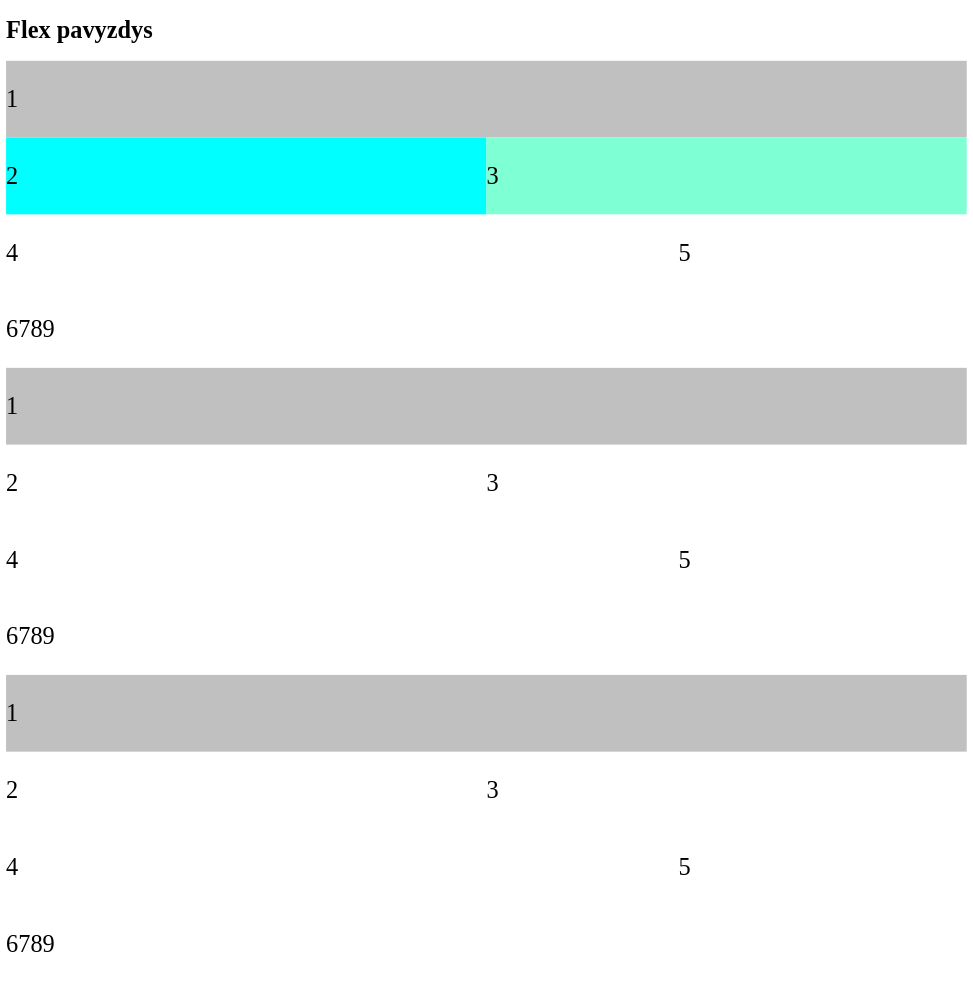
Repository: motiejus1/06-paskaita-invest
Page: index.html
These files come from the project's save history. The page is drawn as it stood at one moment and after the next save; the edit follows.
The browser window is 1280 px wide. The pictures show the whole page, at 76% of full size.

Above is the page before, as saved 2021-06-09 18:40:49.

### index.html
<!DOCTYPE html>
<html lang="en">
<head>
    <meta charset="UTF-8">
    <meta http-equiv="X-UA-Compatible" content="IE=edge">
    <meta name="viewport" content="width=device-width, initial-scale=1.0">
    <title>Sesta paskaita</title>
    <style>
        .flex-container {
            display: flex;
            flex-direction:row;
            flex-wrap: wrap;
        }

        .flex-item-1 {
            width: 100%;
            background-color: silver;
        }

        .flex-item-2, .flex-item-3 {
            width: 50%;
        }

        .flex-item-4 {
            width: 70%;
        }

        .flex-item-5 {
            width: 30%;
        }

        .flex-item-6, .flex-item-7, .flex-item-8 {
            width:
        }


        .zydra {
            background-color:aqua;
        }

        .zalsva {
            background-color: aquamarine;
        }

        .rozine {
            background-color: pink;
        }

        p {
            font-size: 32px;
        }
    </style>
</head>
<body>
    <div class="container">
        <h1>Flex pavyzdys</h1>
        <div class="flex-container">
            <div class="flex-item-1"><p>1</p></div>
            <div class="flex-item-2 zydra"><p>2</p></div>
            <div class="flex-item-3 zalsva"><p>3</p></div>
            <div class="flex-item-4"><p>4</p></div>
            <div class="flex-item-5"><p>5</p></div>
            <div class="flex-item-6"><p>6</p></div>
            <div class="flex-item-7"><p>7</p></div>
            <div class="flex-item-8"><p>8</p></div>
            <div class="flex-item-9"><p>9</p></div>
            <div class="flex-item-1"><p>1</p></div>
            <div class="flex-item-2"><p>2</p></div>
            <div class="flex-item-3"><p>3</p></div>
            <div class="flex-item-4"><p>4</p></div>
            <div class="flex-item-5"><p>5</p></div>
            <div class="flex-item-6"><p>6</p></div>
            <div class="flex-item-7"><p>7</p></div>
            <div class="flex-item-8"><p>8</p></div>
            <div class="flex-item-9"><p>9</p></div>
            <div class="flex-item-1"><p>1</p></div>
            <div class="flex-item-2"><p>2</p></div>
            <div class="flex-item-3"><p>3</p></div>
            <div class="flex-item-4"><p>4</p></div>
            <div class="flex-item-5"><p>5</p></div>
            <div class="flex-item-6"><p>6</p></div>
            <div class="flex-item-7"><p>7</p></div>
            <div class="flex-item-8"><p>8</p></div>
            <div class="flex-item-9"><p>9</p></div>
        </div>
    </div>
</body>
</html>

After the next save:
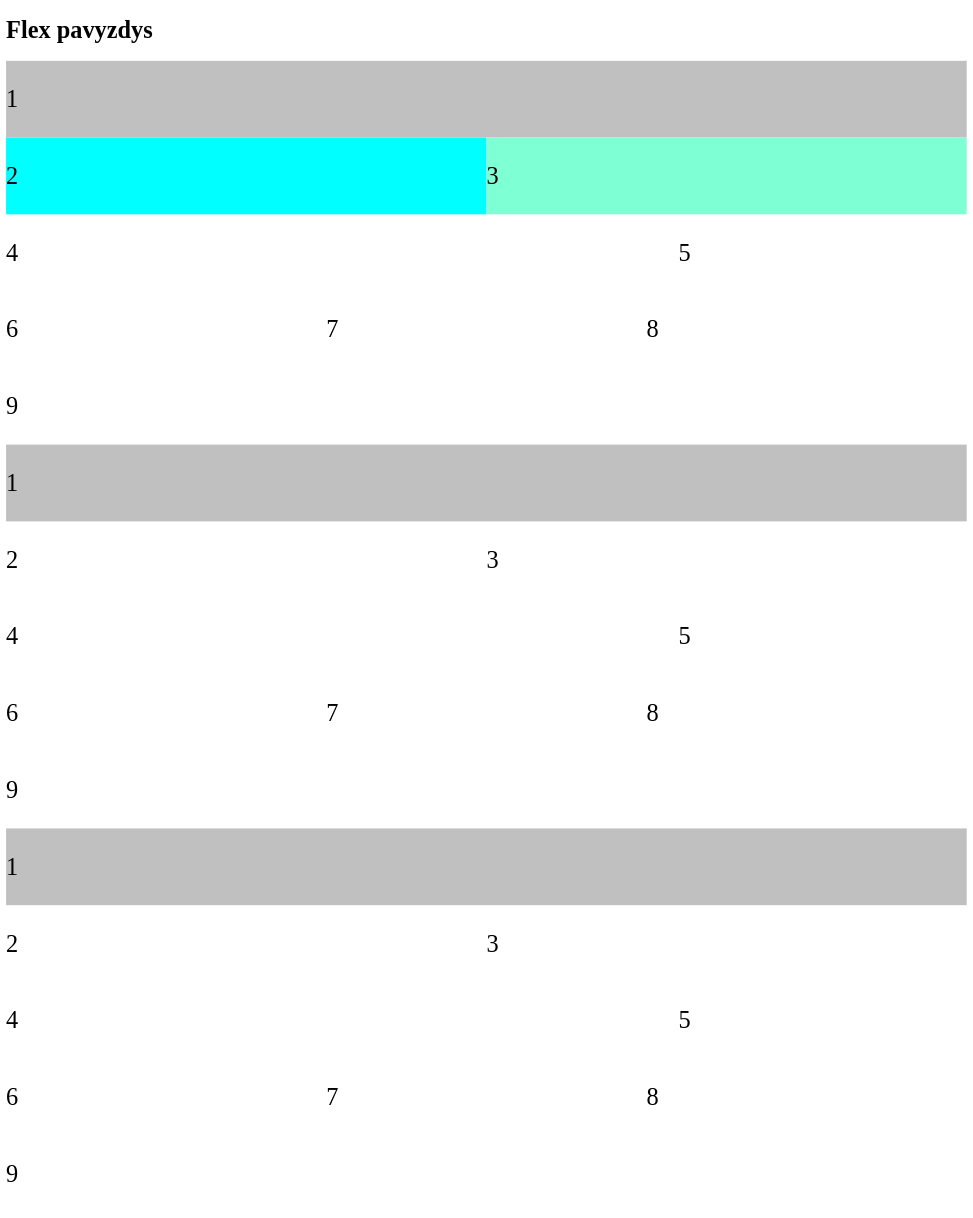
Saved 4 s later.
--- a/index.html
+++ b/index.html
@@ -30,7 +30,7 @@
         }
 
         .flex-item-6, .flex-item-7, .flex-item-8 {
-            width:
+            width: 33.33%;
         }
 
 
